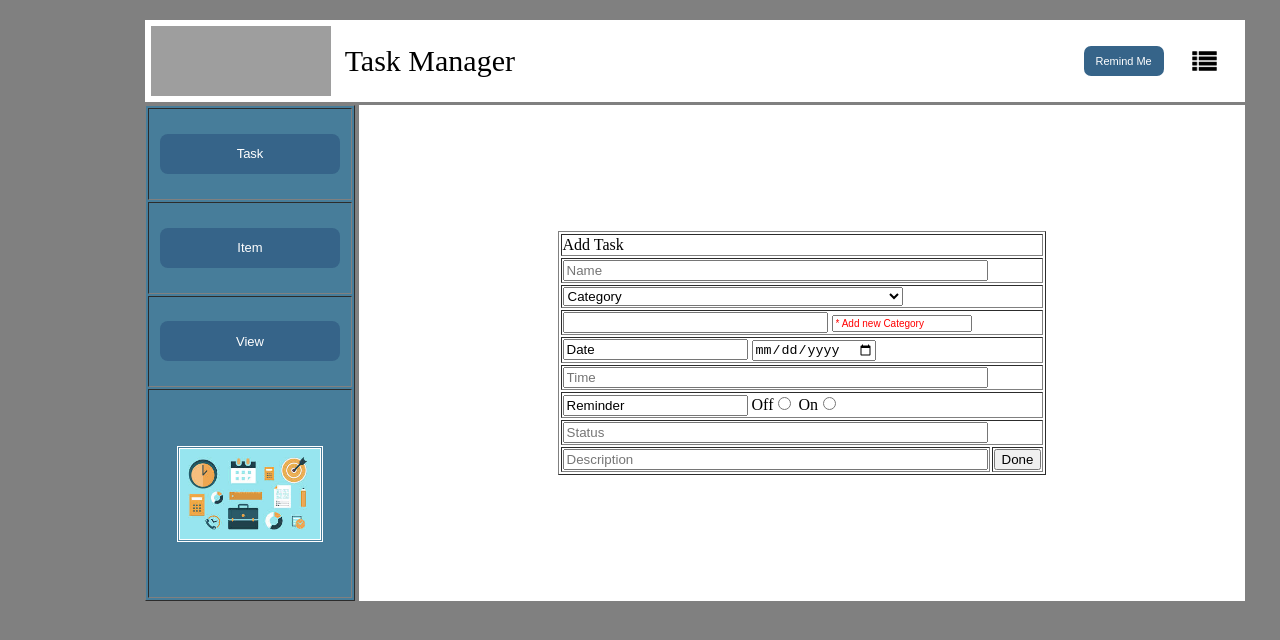
Repository: SnehaSalvi/TaskManagerProject
Page: http://localhost/TaskManagerChecklist/AddTask.jsp
An editor plug-in stored every save of this project. The page is shown before and after the next save, followed by the edit.
The browser window is 1280 px wide. The pictures show the whole page.
Pictures or frames that could not be fetched are drawn as grey boxes. The page is served by Tomcat 9.

Above is the page before, as saved 2016-10-14 08:37:53.

After the next save:
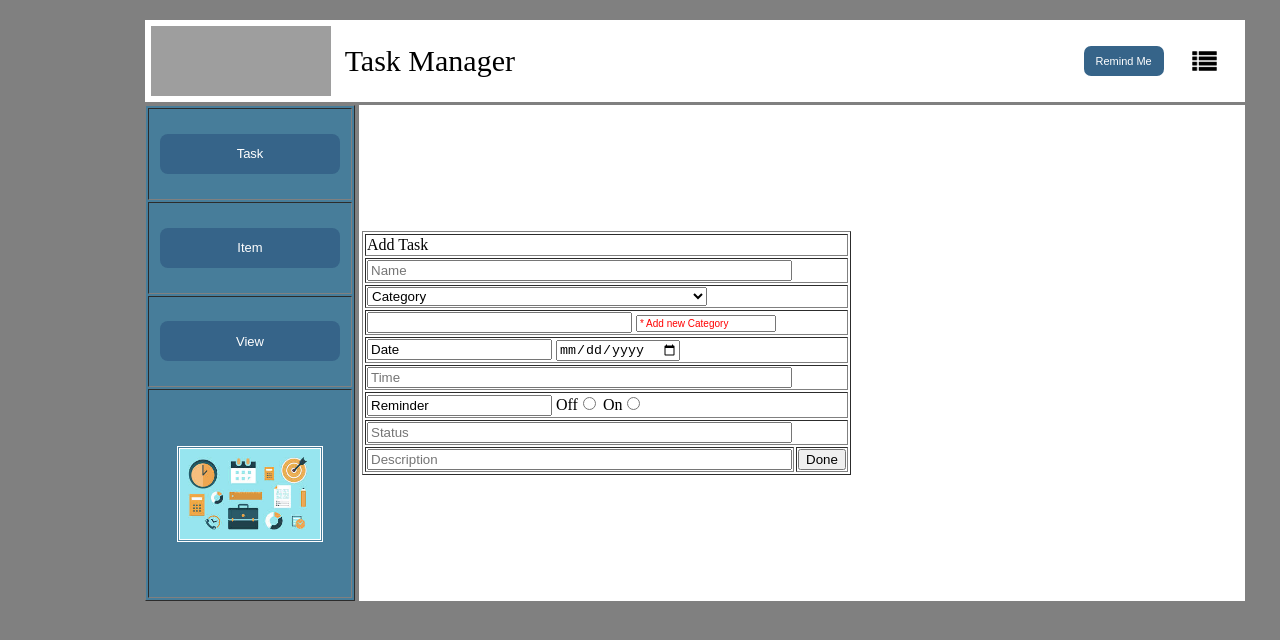
Saved 60 s later.
--- a/TaskManagerChecklist/WebContent/AddTask.jsp
+++ b/TaskManagerChecklist/WebContent/AddTask.jsp
@@ -59,7 +59,7 @@
 				<table id="table3">
 					<tr>
 						<td id="#td6">
-							<table border="1" align="center">
+							<table border="1">
 								<tr>
 									<td colspan="2">
 										Add Task
